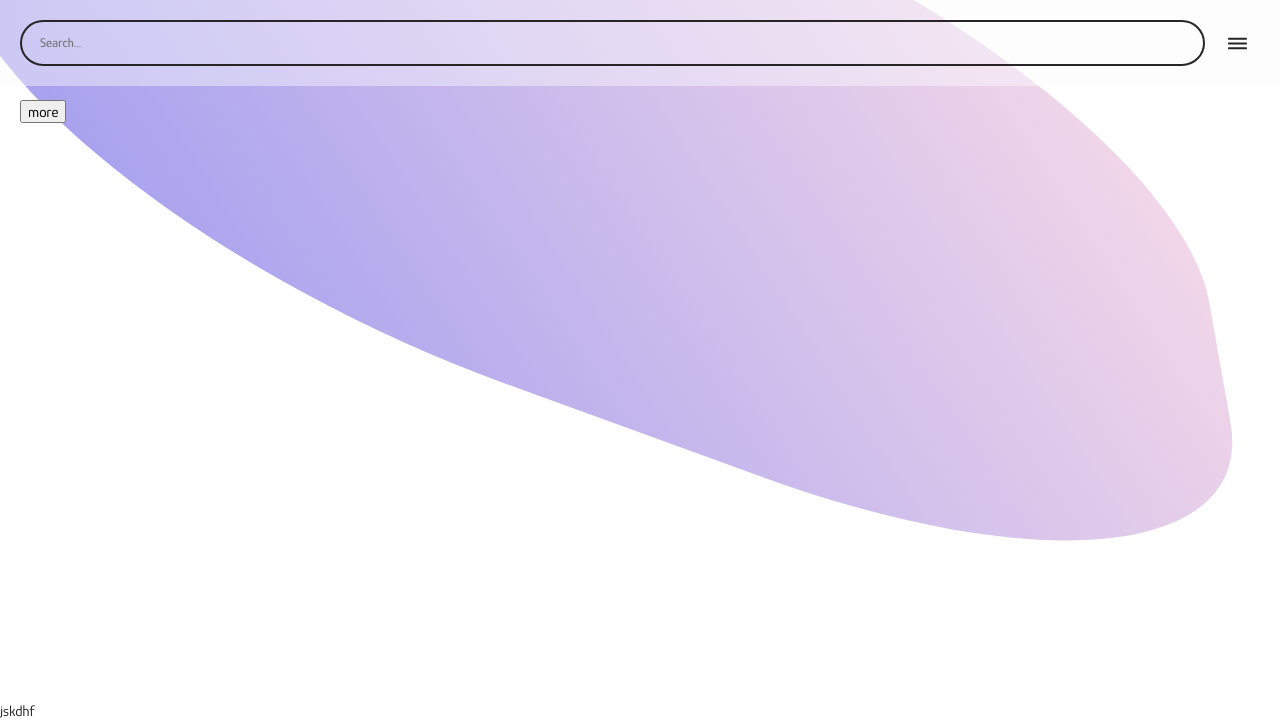
Repository: Axeliriya/my-test
Page: /
These files come from the project's save history. The page is drawn as it stood at one moment and after the next save; the edit follows.
The browser window is 1280 px wide. The pictures show the whole page.
The page's requests for data from a server got no answer. The project was rebuilt for these pictures with package versions that can differ from the ones it lists, and the page was loaded fresh each time. No one was signed in, and anything a server would have sent is missing. Also part of the build but not shown: src/components/ProductList/ProductList.tsx, src/components/ProductItem/ProductItem.tsx.

Above is the page before, as saved 2022-04-05 15:50:59.

### public/index.html
<!DOCTYPE html>
<html lang="en">
  <head>
    <meta charset="utf-8" />
    <link rel="icon" href="%PUBLIC_URL%/favicon.ico" />
    <meta name="viewport" content="width=device-width, initial-scale=1" />
    <meta name="theme-color" content="#9796F0" />
    <title>React App</title>
  </head>
  <body>
    <div id="root"></div>
  </body>
</html>

### src/index.tsx
import { createRoot } from 'react-dom/client';
import { App } from './components';
import './assets/styles/main.scss';

const root = createRoot(document.getElementById('root') as HTMLDivElement);
root.render(<App />);

### src/components/index.ts
export * from './App/App';
export * from './Layout/Layout';
export * from './Header/Header';
export * from './Button/Button';
export * from './Input/Input';
export * from './ProductList/ProductList';
export * from './ProductItem/ProductItem';
export * from './Main/Main';

### src/assets/styles/main.scss
@import './base/normalize';
@import './base/fonts';
@import './utils/variables';
@import './utils/mixins';
@import './utils/placeholder';
@import './base/body';

### src/components/App/App.tsx
import { useEffect, useState } from 'react';
import { Layout, ProductList } from '..';
import { ProductModel } from '../../interfaces/product.interface';
import { getProducts } from '../../services/api-service';
import styles from './App.module.scss';
// import { AppProps } from './App.props';

export const App = (): JSX.Element => {
  return (
    <div className={styles.app}>
      <Layout />
    </div>
  );
};

### src/components/Layout/Layout.tsx
import { Header, Input, Main } from '..';
import styles from './Layout.module.scss';
import { LayoutProps } from './Layout.props';

export const Layout = ({ children }: LayoutProps): JSX.Element => {
  return (
    <div className={styles.layout}>
      <Header>
        <Input placeholder="Search..." />
      </Header>
      <Main />
      <footer className={styles.main}>jskdhf</footer>
    </div>
  );
};

### src/components/Header/Header.tsx
/* eslint-disable no-constant-condition */
import styles from './Header.module.scss';
import { HeaderProps } from './Header.props';
import { ReactComponent as Burger } from './burger.svg';
import { ReactComponent as Search } from './search.svg';
import { Button } from '..';

export const Header = ({ children, ...props }: HeaderProps): JSX.Element => {
  return (
    <header className={styles.header} {...props}>
      <div className={styles.wrapper}>
        {false ? (
          <>
            <a className={styles.logo} href="/">
              Сlothes
            </a>
            <Button>
              <Search />
            </Button>
          </>
        ) : (
          <div className={styles.input}>{children}</div>
        )}
      </div>
      <Button>
        <Burger />
      </Button>
    </header>
  );
};

### src/components/Button/Button.tsx
import styles from './Button.module.scss';
import { ButtonProps } from './Button.props';
import cn from 'classnames';

export const Button = ({
  appearance,
  children,
  className,
  ...props
}: ButtonProps) => {
  return (
    <button
      className={cn(styles.button, className, {
        [styles.primary]: appearance === 'primary',
        [styles.green]: appearance === 'green',
        [styles.ghost]: appearance === 'ghost',
      })}
      {...props}
    >
      {children}
    </button>
  );
};

### src/components/Input/Input.tsx
import styles from './Input.module.scss';
import { InputProps } from './Input.props';
import cn from 'classnames';

export const Input = ({ className, ...props }: InputProps): JSX.Element => {
  return <input className={cn(styles.input, className)} {...props} />;
};

### src/components/Main/Main.tsx
import { useEffect, useState } from 'react';
import { ProductList } from '..';
import { ProductModel } from '../../interfaces/product.interface';
import { getProducts } from '../../services/api-service';
import styles from './Main.module.scss';

export const Main = (): JSX.Element => {
  const [products, setProducts] = useState<ProductModel[]>();
  const [fullList, setFullist] = useState<ProductModel[]>();
  const [page, setPage] = useState<number>(1);

  useEffect(() => {
    const fetch = async () => {
      const { data } = await getProducts();
      setFullist(data?.data?.products);

      const productList = getListByPage(page, data?.data?.products);

      setProducts(productList);
    };
    fetch();
  }, [page]);

  function getListByPage(pageNumber: number, fullList: ProductModel[]) {
    if (pageNumber < 1) return [];

    const itemsPerPage = 10;
    const start = (pageNumber - 1) * itemsPerPage;
    const end = start + itemsPerPage;
    return fullList.slice(start, end);
  }

  const onClickPage = (nextPage: number) => {
    setPage((nextPage += 1));
    fullList && getListByPage(page, fullList);
  };
  return (
    <main className={styles.main}>
      {products && <ProductList products={products} />}
      {/* <ul>
    {products?.map(product => (
      <li key={product.name}>{product.name}</li>
    ))}
  </ul> */}
      <button onClick={() => onClickPage(page)}>more</button>
      <div className={styles.bg} />
    </main>
  );
};

### src/assets/styles/base/_fonts.scss
@font-face {
  font-family: 'Glory';
  font-style: normal;
  font-weight: 400;
  src: url('../../fonts/glory-regular.woff2') format('woff2'),
    url('../../fonts/glory-regular.ttf') format('ttf');
}

@font-face {
  font-family: 'Glory';
  font-style: normal;
  font-weight: 500;
  src: url('../../fonts/glory-medium.woff2') format('woff2'),
    url('../../fonts/glory-medium.ttf') format('ttf');
}

@font-face {
  font-family: 'Glory';
  font-style: normal;
  font-weight: 600;
  src: url('../../fonts/glory-semibold.woff2') format('woff2'),
    url('../../fonts/glory-semibold.ttf') format('ttf');
}

@font-face {
  font-family: 'Glory';
  font-style: normal;
  font-weight: 700;
  src: url('../../fonts/glory-bold.woff2') format('woff2'),
    url('../../fonts/glory-bold.ttf') format('ttf');
}

### src/assets/styles/utils/_variables.scss
$primary-color: #ffffff;
$primary-text-color: #272525;
$alternate-bg-color: #eef1f6;
$secondery-text-color: #454747;
$secondery-color: #3c336c;
$accent-color: #309f85;
$light-color: #c4c4c4;
$main-gradient: linear-gradient(38.95deg, #9796f0 -10.38%, #ffe0e8 107.56%);

$cubic: 250ms cubic-bezier(0.4, 0, 0.2, 1);

$font: Glory, sans-serif;

### src/assets/styles/utils/_mixins.scss
@mixin font($weight, $size, $line-height: 1.3, $family: $font) {
  font-family: $family;
  font-weight: $weight;
  font-size: $size;
  line-height: $line-height;
}

### src/assets/styles/utils/_placeholder.scss
%link {
  text-decoration: none;
}

%list {
  list-style: none;
  margin: 0;
  padding: 0;
}

%input {
  @include font(500, 13px, 1.4);
  padding: 12px 18px;
  background: transparent;
  color: $primary-text-color;
  border: 2px solid $primary-text-color;
  border-radius: 50px;
}

%btn-icon {
  padding: 10px;
  background-color: transparent;
  border: 1px solid transparent;
  border-radius: 5px;
  cursor: pointer;
  transition: all $cubic;
}

%btn {
  @include font(500, 13px, 1.4);
  color: $primary-color;
  padding: 12px 18px;
  border-radius: 50px;
}

### src/assets/styles/base/_body.scss
img {
  display: block;
  width: 100%;
  height: auto;
}

body {
  margin: 0;
  background-color: $primary-color;
  color: $primary-text-color;
  @include font(400, 15px);
}

code {
  font-family: source-code-pro, Menlo, Monaco, Consolas, 'Courier New',
    monospace;
}

### src/components/App/App.module.scss
// .app {
//   min-height: 100vh;
//   display: grid;
//   grid-template-rows: 1fr;
// }

@media screen and (min-width: 520px) {
  .app {
    grid-template-columns: auto 1fr auto;
  }
}

@media screen and (min-width: 682px) {
  .app {
    grid-template-columns: auto 665px auto;
  }
}

### src/components/Layout/Layout.module.scss
.layout {
  display: grid;
  grid-template-columns: auto 1fr auto;
  grid-template-rows: 1fr auto;
  min-height: 100vh;
}

.footer {
  grid-column: 1 / -1;
}

@media screen and (min-width: 520px) {
  .app {
    grid-template-columns: auto 1fr auto;
  }
}

@media screen and (min-width: 682px) {
  .app {
    grid-template-columns: auto 665px auto;
  }
}

### src/components/Header/Header.module.scss
@import '../../assets/styles/main.scss';

.header {
  position: fixed;
  width: 100%;
  display: flex;
  justify-content: space-between;
  align-items: center;
  background: rgba(250, 251, 253, 0.44);
  padding: 20px;
}

.wrapper {
  width: 100%;
  display: flex;
  justify-content: space-between;
  align-items: center;
  margin-right: 10px;
}

.logo {
  @extend %link;
  font-weight: 700;
  font-size: 36px;
  line-height: 105.5%;
  color: $primary-text-color;
  &:hover {
    color: $secondery-text-color;
  }
}

.input {
  width: 100%;
}

// @media screen and (min-width: 520px) {
//   .app {
//     grid-template-columns: auto 1fr auto;
//   }
// }

// @media screen and (min-width: 682px) {
//   .app {
//     grid-template-columns: auto 665px auto;
//   }
// }

### src/components/Button/Button.module.scss
@import '../../assets/styles/main.scss';

.button {
  @extend %btn-icon;
}

.button svg {
  display: block;
  width: 100%;
  height: auto;
}

.primary,
.green,
.ghost {
  @extend %btn;
  background-color: $secondery-color;
  &:hover {
    padding: 14px 20px;
    box-shadow: 0px 20px 50px rgba(0, 0, 0, 0.1);
    border-radius: 55px;
  }
}

.green {
  background-color: $accent-color;
}

.ghost {
  background-color: $light-color;
}

### src/components/Input/Input.module.scss
@import '../../assets/styles/main.scss';

.input {
  width: 100%;
  @extend %input;
  &:focus {
    border: 1px solid $primary-text-color;
  }
}

### src/components/ProductList/ProductList.module.scss
@import '../../assets/styles/main.scss';

.users {
  display: grid;
  gap: 12px;

  @extend %list;
}

### src/services/api-service.ts
import axios from 'axios';

axios.defaults.baseURL = `https://artisant.io/api`;

export const getProducts = async () => {
  return await axios.get(`/products`);
};

### src/components/Main/Main.module.scss
@import '../../assets/styles/main.scss';

.main {
  padding: 100px 20px 20px 20px;
  grid-column: 1 / -1;
}

.bg {
  position: absolute;
  top: -20px;
  left: -60px;
  z-index: -1;
  width: 100%;
  height: 300px;
  background: $main-gradient;
  transform: skew(10deg, 20deg) scale(1, 2);
  border-radius: 40%;
  overflow: hidden;
}

@media screen and (min-width: 520px) {
  // .main {
  //   grid-template-columns: auto 1fr;
  //   grid-template-rows: 1fr;
  //   grid-column: 2 / 3;
  // }
}

Loaded but not shown: src/assets/styles/base/_normalize.scss (common file)

After the next save:
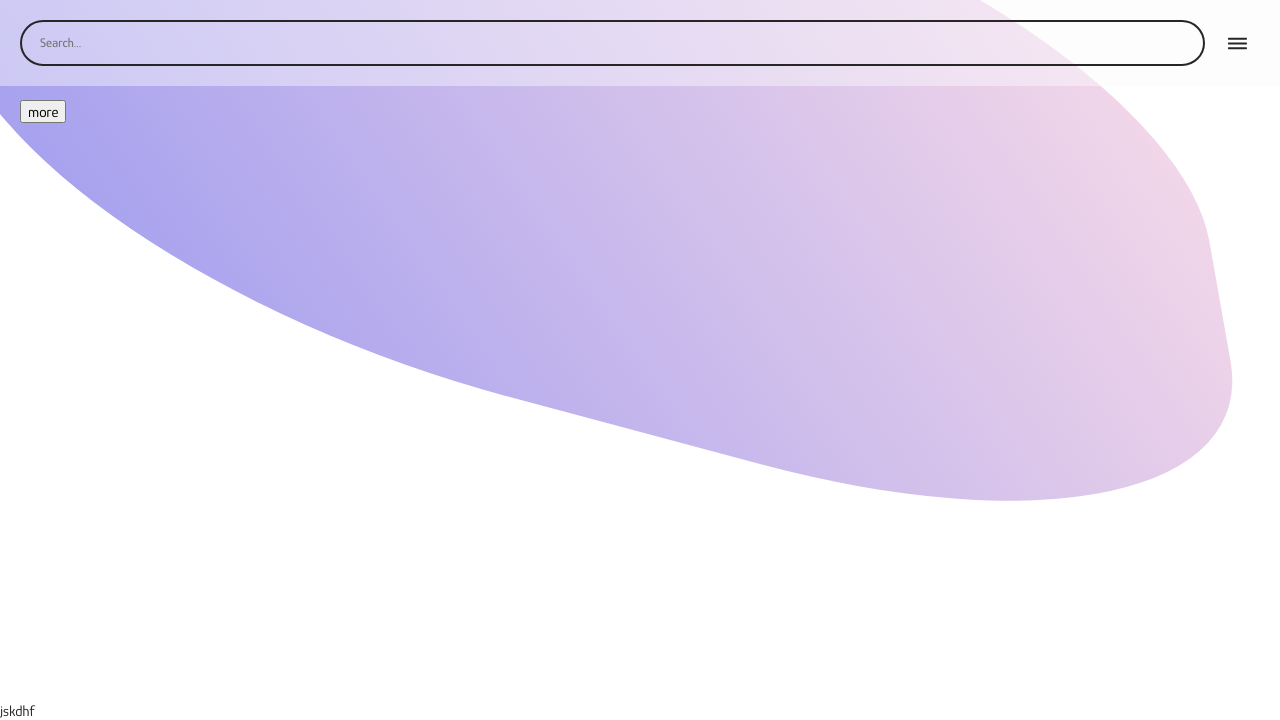
Saved 26 s later.
--- a/src/components/Main/Main.module.scss
+++ b/src/components/Main/Main.module.scss
@@ -13,7 +13,7 @@
   width: 100%;
   height: 300px;
   background: $main-gradient;
-  transform: skew(10deg, 20deg) scale(1, 2);
+  transform: skew(10deg, 15deg) scale(1, 2);
   border-radius: 40%;
   overflow: hidden;
 }
